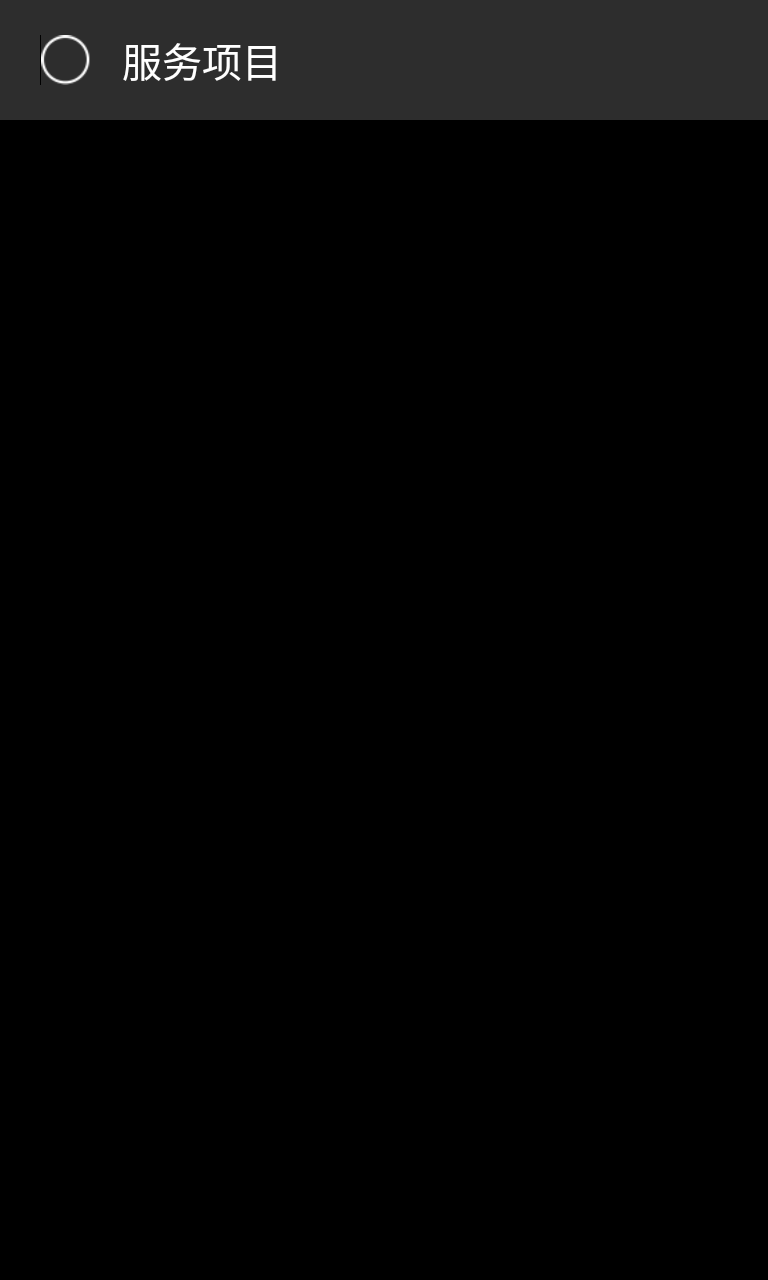
Repository: appleseedez/rongmeme-android
Layout: rmm/res/layout/star_small_item_custom.xml
An editor plug-in stored every save of this project. The layout is shown before and after the next save, followed by the edit.
It is drawn on a 768 x 1280 px phone screen (xhdpi) without system bars, with theme AppTheme; the app's code is not run.

Above is the layout before, as saved 2014-07-02 13:17:04.

After the next save:
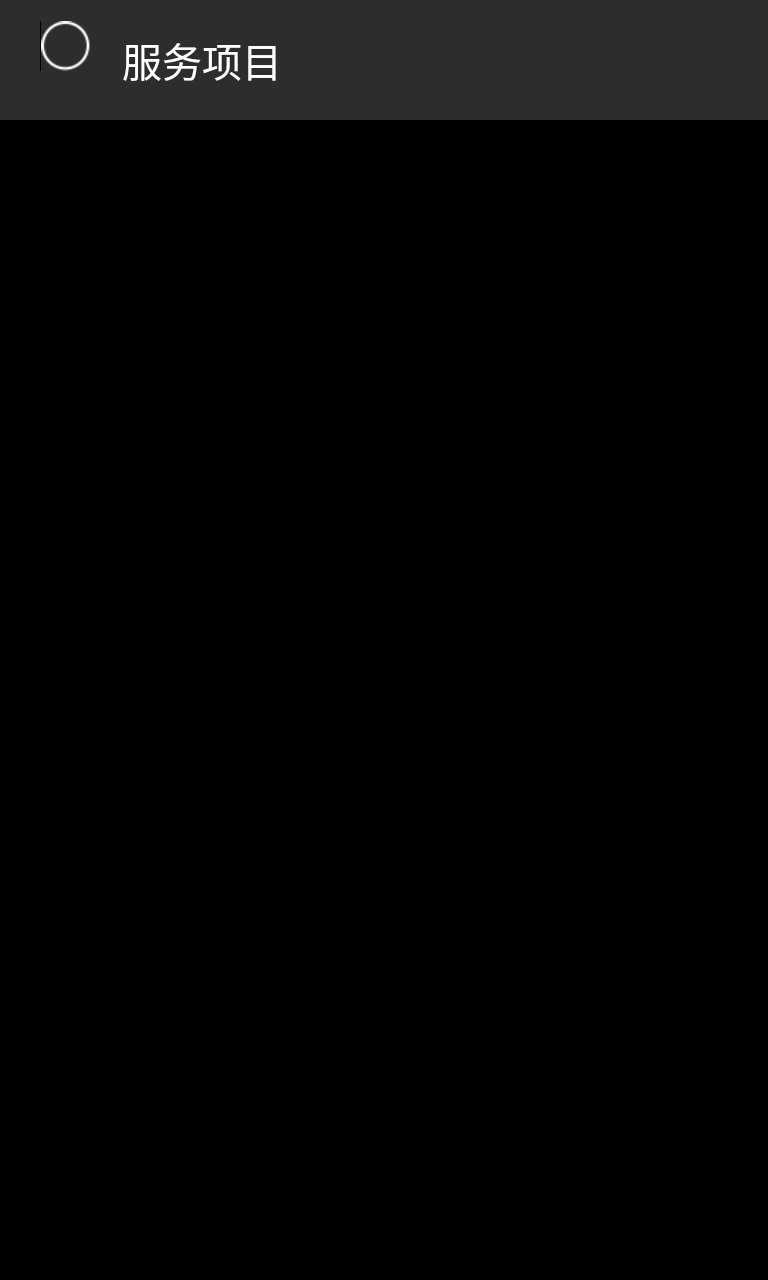
Saved 20 s later.
--- a/rmm/res/layout/star_small_item_custom.xml
+++ b/rmm/res/layout/star_small_item_custom.xml
@@ -19,7 +19,7 @@
             android:layout_alignParentLeft="true"
             android:layout_centerVertical="true"
             android:layout_marginLeft="20dp"
-            android:gravity="center"
+            android:gravity="right"
             android:scaleType="center" />
 
         <TextView

After the 2 saves that followed:
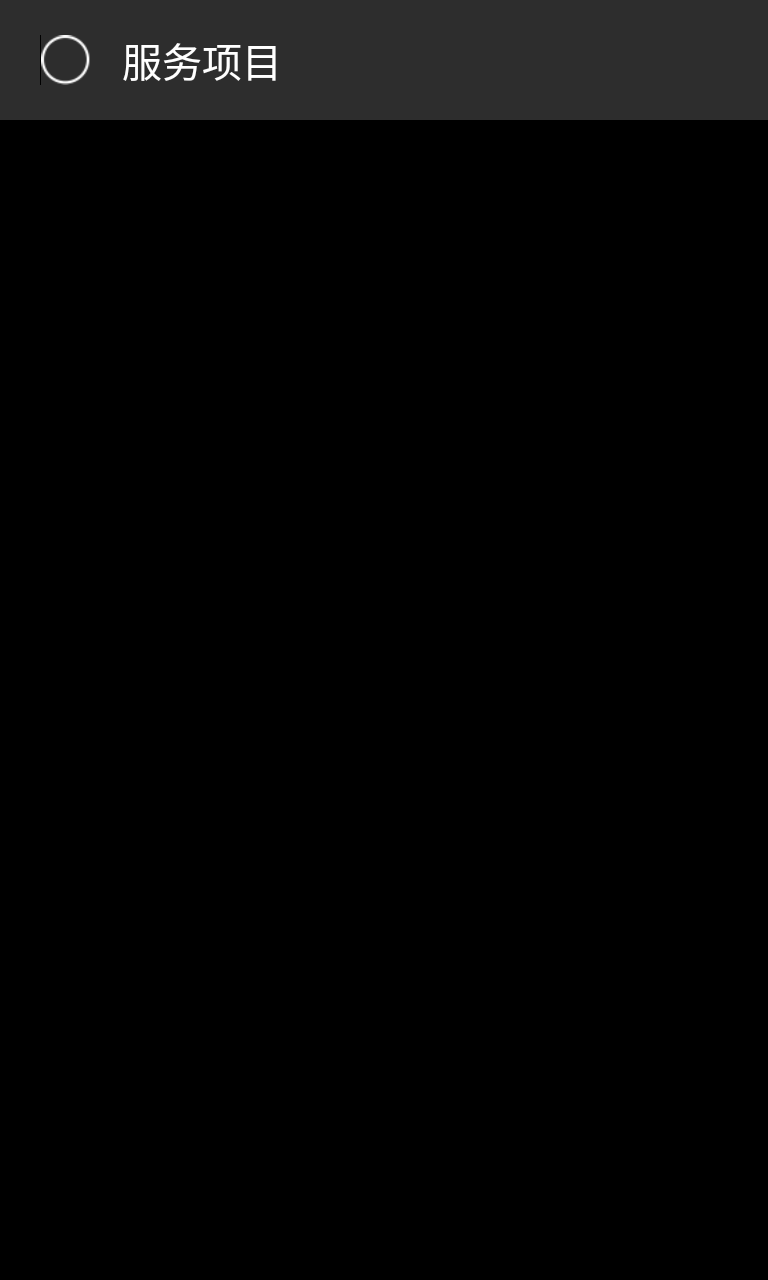
The 2 saves are shown as one change because they came seconds apart.
The last was saved 16 s later.
--- a/rmm/res/layout/star_small_item_custom.xml
+++ b/rmm/res/layout/star_small_item_custom.xml
@@ -19,7 +19,6 @@
             android:layout_alignParentLeft="true"
             android:layout_centerVertical="true"
             android:layout_marginLeft="20dp"
-            android:gravity="right"
             android:scaleType="center" />
 
         <TextView
